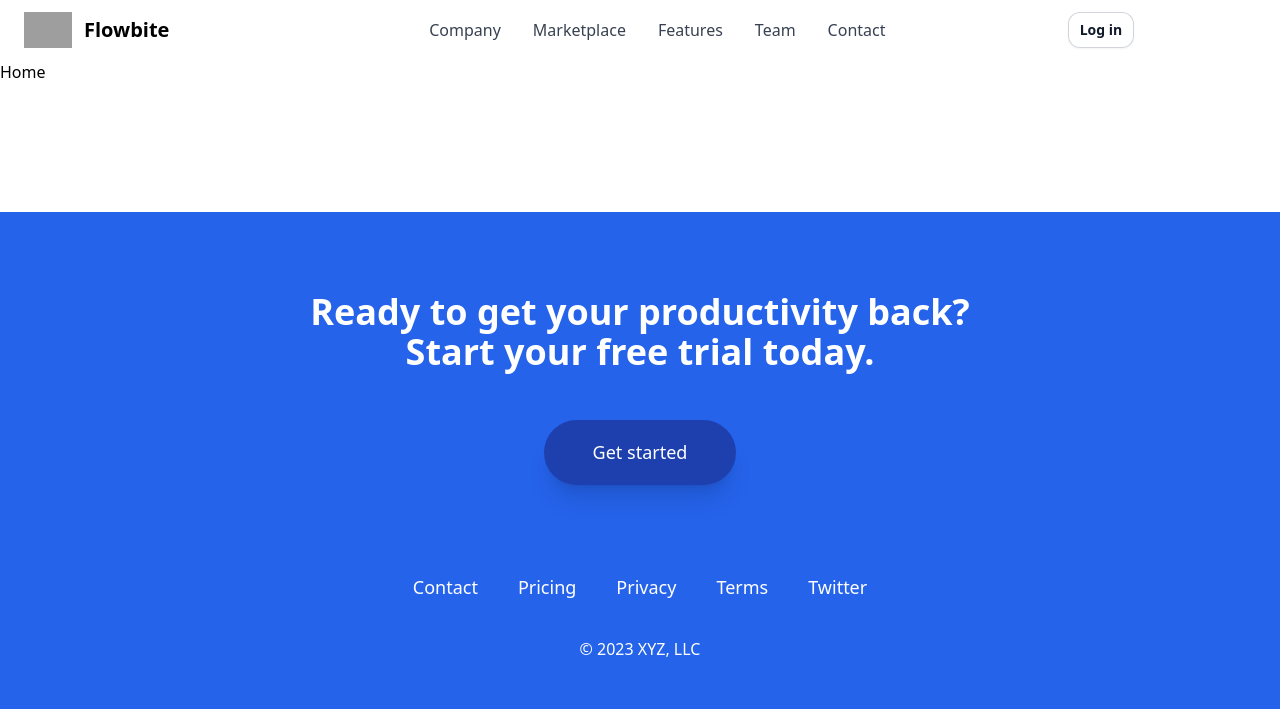
Repository: HzTung/quiz_laravel_vue
Page: / (app in Frontend/)
An editor plug-in stored every save of this project. The page is shown before and after the next save, followed by the edit.
The browser window is 1280 px wide. The pictures show the whole page.
Pictures or frames that could not be fetched are drawn as grey boxes. The project was rebuilt for these pictures with package versions that can differ from the ones it lists, and the page was loaded fresh each time. Also part of the build but not shown: Frontend/vite.config.js, Frontend/src/views/Login.vue, Frontend/src/views/SignUp.vue.

Above is the page before, as saved 2024-08-09 13:21:41.

### Frontend/src/main.js
import { createApp } from "vue";
import "tailwindcss/tailwind.css";
import "./style.css";
import router from "./router";
import App from "./App.vue";

createApp(App).use(router).mount("#app");

### Frontend/src/router/index.js
import { createRouter, createWebHistory } from "vue-router";
import Login from "../views/Login.vue";
import SignUp from "../views/SignUp.vue";
import client from "../layout/client.vue";
import Home from "../views/Home.vue";

const routes = [
    {
        path: "/",
        name: "home",
        component: client,
        children: [
            {
                path: "/",
                name: "index",
                component: Home,
            },
            {
                path: "login",
                name: "login",
                component: Login,
            },
            {
                path: "signup",
                name: "signup",
                component: SignUp,
            },
        ],
    },
];
const router = createRouter({
    history: createWebHistory(),
    routes,
});

export default router;

### Frontend/src/App.vue
<script setup></script>

<template><router-view></router-view></template>

<style scoped></style>

### Frontend/src/layout/client.vue
<template>
    <HeaderView></HeaderView>
    <router-view></router-view>
    <FooterView></FooterView>
</template>

<script setup>
import HeaderView from "../components/HeaderView.vue";
import FooterView from "../components/FooterView.vue";
</script>

### Frontend/src/components/HeaderView.vue
<template>
    <header>
        <nav
            class="bg-white border-gray-200 px-4 lg:px-6 py-2.5 dark:bg-gray-800"
        >
            <div
                class="flex flex-wrap justify-between items-center mx-auto max-w-screen-xl"
            >
                <a href="https://flowbite.com" class="flex items-center">
                    <img
                        src="https://flowbite.com/docs/images/logo.svg"
                        class="mr-3 h-6 sm:h-9"
                        alt="Flowbite Logo"
                    />
                    <span
                        class="self-center text-xl font-semibold whitespace-nowrap dark:text-white"
                        >Flowbite</span
                    >
                </a>
                <div class="flex items-center lg:order-2">
                    <a
                        href="#"
                        class="hidden items-center justify-center rounded-xl bg-white px-3 py-2 text-sm font-semibold text-gray-900 shadow-sm ring-1 ring-inset ring-gray-300 transition-all duration-150 hover:bg-gray-50 sm:inline-flex"
                        >Log in</a
                    >
                    <a
                        href="#"
                        class="text-white bg-primary-700 hover:bg-primary-800 focus:ring-4 focus:ring-primary-300 font-medium rounded-lg text-sm px-4 lg:px-5 py-2 lg:py-2.5 mr-2 dark:bg-primary-600 dark:hover:bg-primary-700 focus:outline-none dark:focus:ring-primary-800"
                        >Get started</a
                    >
                    <button
                        data-collapse-toggle="mobile-menu-2"
                        type="button"
                        class="inline-flex items-center p-2 ml-1 text-sm text-gray-500 rounded-lg lg:hidden hover:bg-gray-100 focus:outline-none focus:ring-2 focus:ring-gray-200 dark:text-gray-400 dark:hover:bg-gray-700 dark:focus:ring-gray-600"
                        aria-controls="mobile-menu-2"
                        aria-expanded="false"
                    >
                        <span class="sr-only">Open main menu</span>
                        <svg
                            class="w-6 h-6"
                            fill="currentColor"
                            viewBox="0 0 20 20"
                            xmlns="http://www.w3.org/2000/svg"
                        >
                            <path
                                fill-rule="evenodd"
                                d="M3 5a1 1 0 011-1h12a1 1 0 110 2H4a1 1 0 01-1-1zM3 10a1 1 0 011-1h12a1 1 0 110 2H4a1 1 0 01-1-1zM3 15a1 1 0 011-1h12a1 1 0 110 2H4a1 1 0 01-1-1z"
                                clip-rule="evenodd"
                            ></path>
                        </svg>
                        <svg
                            class="hidden w-6 h-6"
                            fill="currentColor"
                            viewBox="0 0 20 20"
                            xmlns="http://www.w3.org/2000/svg"
                        >
                            <path
                                fill-rule="evenodd"
                                d="M4.293 4.293a1 1 0 011.414 0L10 8.586l4.293-4.293a1 1 0 111.414 1.414L11.414 10l4.293 4.293a1 1 0 01-1.414 1.414L10 11.414l-4.293 4.293a1 1 0 01-1.414-1.414L8.586 10 4.293 5.707a1 1 0 010-1.414z"
                                clip-rule="evenodd"
                            ></path>
                        </svg>
                    </button>
                </div>
                <div
                    class="hidden justify-between items-center w-full lg:flex lg:w-auto lg:order-1"
                    id="mobile-menu-2"
                >
                    <ul
                        class="flex flex-col mt-4 font-medium lg:flex-row lg:space-x-8 lg:mt-0"
                    >
                        <li>
                            <a
                                href="#"
                                class="block py-2 pr-4 pl-3 text-white rounded bg-primary-700 lg:bg-transparent lg:text-primary-700 lg:p-0 dark:text-white"
                                aria-current="page"
                                >Home</a
                            >
                        </li>
                        <li>
                            <a
                                href="#"
                                class="block py-2 pr-4 pl-3 text-gray-700 border-b border-gray-100 hover:bg-gray-50 lg:hover:bg-transparent lg:border-0 lg:hover:text-primary-700 lg:p-0 dark:text-gray-400 lg:dark:hover:text-white dark:hover:bg-gray-700 dark:hover:text-white lg:dark:hover:bg-transparent dark:border-gray-700"
                                >Company</a
                            >
                        </li>
                        <li>
                            <a
                                href="#"
                                class="block py-2 pr-4 pl-3 text-gray-700 border-b border-gray-100 hover:bg-gray-50 lg:hover:bg-transparent lg:border-0 lg:hover:text-primary-700 lg:p-0 dark:text-gray-400 lg:dark:hover:text-white dark:hover:bg-gray-700 dark:hover:text-white lg:dark:hover:bg-transparent dark:border-gray-700"
                                >Marketplace</a
                            >
                        </li>
                        <li>
                            <a
                                href="#"
                                class="block py-2 pr-4 pl-3 text-gray-700 border-b border-gray-100 hover:bg-gray-50 lg:hover:bg-transparent lg:border-0 lg:hover:text-primary-700 lg:p-0 dark:text-gray-400 lg:dark:hover:text-white dark:hover:bg-gray-700 dark:hover:text-white lg:dark:hover:bg-transparent dark:border-gray-700"
                                >Features</a
                            >
                        </li>
                        <li>
                            <a
                                href="#"
                                class="block py-2 pr-4 pl-3 text-gray-700 border-b border-gray-100 hover:bg-gray-50 lg:hover:bg-transparent lg:border-0 lg:hover:text-primary-700 lg:p-0 dark:text-gray-400 lg:dark:hover:text-white dark:hover:bg-gray-700 dark:hover:text-white lg:dark:hover:bg-transparent dark:border-gray-700"
                                >Team</a
                            >
                        </li>
                        <li>
                            <a
                                href="#"
                                class="block py-2 pr-4 pl-3 text-gray-700 border-b border-gray-100 hover:bg-gray-50 lg:hover:bg-transparent lg:border-0 lg:hover:text-primary-700 lg:p-0 dark:text-gray-400 lg:dark:hover:text-white dark:hover:bg-gray-700 dark:hover:text-white lg:dark:hover:bg-transparent dark:border-gray-700"
                                >Contact</a
                            >
                        </li>
                    </ul>
                </div>
            </div>
        </nav>
    </header>
</template>

### Frontend/src/components/FooterView.vue
<template>
    <footer
        class="mt-20 xl:mt-32 mx-auto w-full relative text-center bg-blue-600 text-white"
    >
        <div class="px-6 py-8 md:py-14 xl:pt-20 xl:pb-12">
            <h2 class="font-bold text-3xl xl:text-4xl leading-snug">
                Ready to get your productivity back?<br />Start your free trial
                today.
            </h2>
            <a
                class="mt-8 xl:mt-12 px-12 py-5 text-lg font-medium leading-tight inline-block bg-blue-800 rounded-full shadow-xl border border-transparent hover:bg-sky-700 focus:outline-none focus:ring-2 focus:ring-offset-2 focus:ring-offset-sky-999 focus:ring-sky-500"
                href="#"
                >Get started</a
            >
            <div class="mt-14 xl:mt-20">
                <nav class="flex flex-wrap justify-center text-lg font-medium">
                    <div class="px-5 py-2"><a href="#">Contact</a></div>
                    <div class="px-5 py-2"><a href="#">Pricing</a></div>
                    <div class="px-5 py-2"><a href="#">Privacy</a></div>
                    <div class="px-5 py-2"><a href="#">Terms</a></div>
                    <div class="px-5 py-2"><a href="#">Twitter</a></div>
                </nav>
                <p class="mt-7 text-base">© 2023 XYZ, LLC</p>
            </div>
        </div>
    </footer>
</template>

Loaded but not shown: Frontend/index.html (common file); Frontend/src/style.css (common file); Frontend/src/views/Home.vue (common file); Frontend/tailwind.config.js (common file)

After the next save:
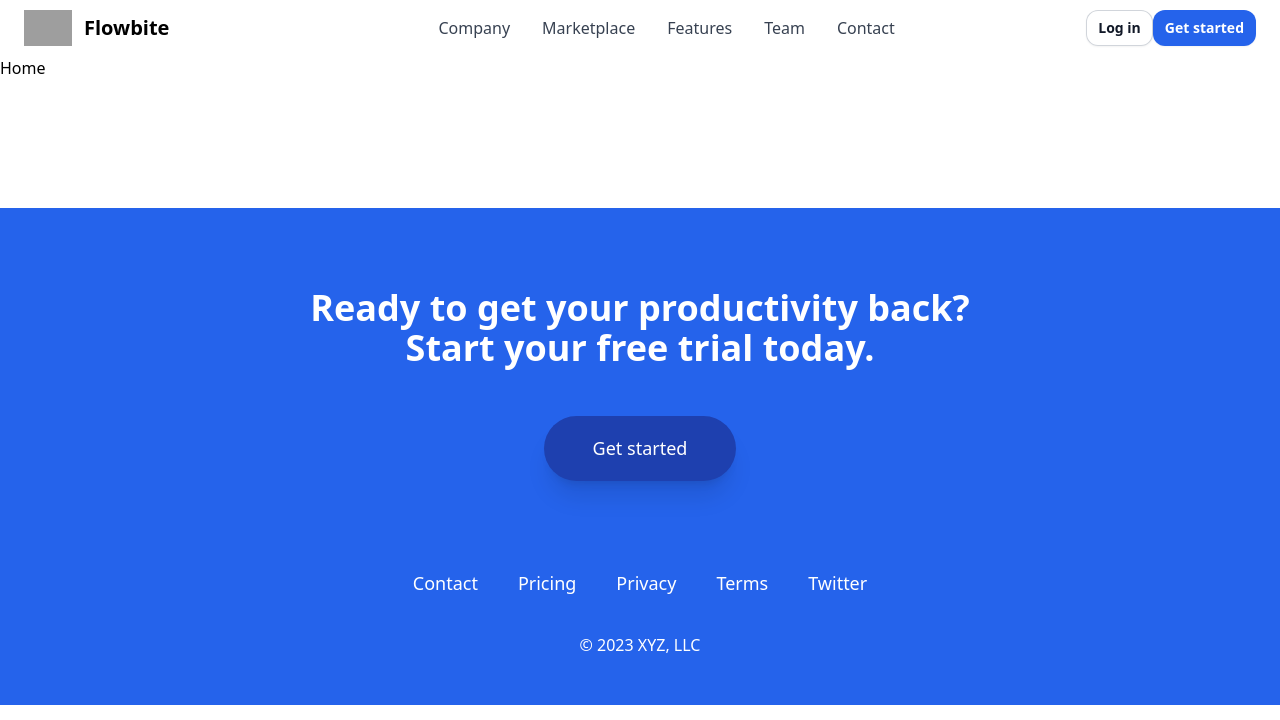
Saved 25 s later.
--- a/Frontend/src/components/HeaderView.vue
+++ b/Frontend/src/components/HeaderView.vue
@@ -25,7 +25,7 @@
                     >
                     <a
                         href="#"
-                        class="text-white bg-primary-700 hover:bg-primary-800 focus:ring-4 focus:ring-primary-300 font-medium rounded-lg text-sm px-4 lg:px-5 py-2 lg:py-2.5 mr-2 dark:bg-primary-600 dark:hover:bg-primary-700 focus:outline-none dark:focus:ring-primary-800"
+                        class="inline-flex items-center justify-center rounded-xl bg-blue-600 px-3 py-2 text-sm font-semibold text-white shadow-sm transition-all duration-150 hover:bg-blue-500 focus-visible:outline focus-visible:outline-2 focus-visible:outline-offset-2 focus-visible:outline-blue-600"
                         >Get started</a
                     >
                     <button
